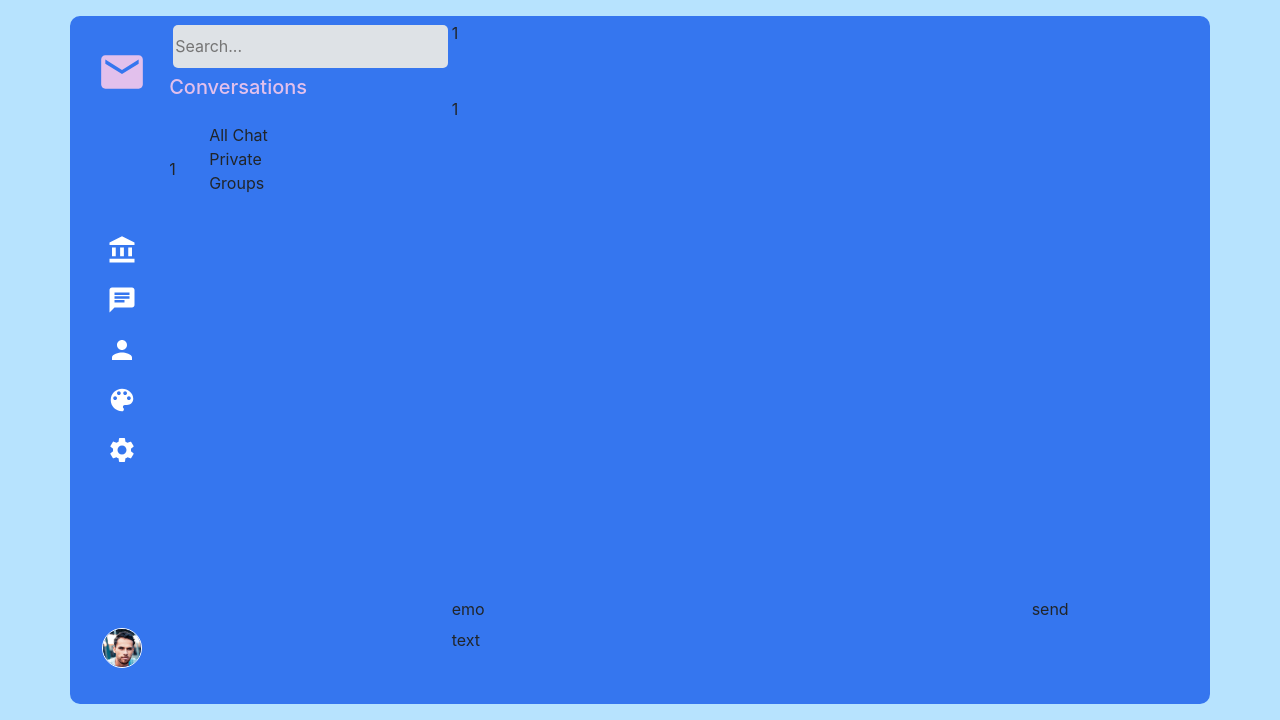
Repository: arafat877/super-chat
Page: /
The author's editor kept a copy of each file at every save. The page is drawn from the files as they stood at one save, then again after the next save.
The browser window is 1280 px wide. The pictures show the whole page.
The project was rebuilt for these pictures with package versions that can differ from the ones it lists, and the page was loaded fresh each time.

Above is the page before, as saved 2020-08-06 22:53:20.

### public/index.html
<!DOCTYPE html>
<html lang="en">
  <head>
    <meta charset="utf-8" />
    <meta name="viewport" content="width=device-width, initial-scale=1" />
    <meta name="theme-color" content="#000000" />
    <meta
      name="description"
      content="Chat application with node.js, express, react.js, mongoDb and socket.io"
    />
    <link rel="stylesheet" href="styles.css" />
    <link
      rel="stylesheet"
      href="https://maxcdn.bootstrapcdn.com/bootstrap/4.5.0/css/bootstrap.min.css"
      integrity="sha384-9aIt2nRpC12Uk9gS9baDl411NQApFmC26EwAOH8WgZl5MYYxFfc+NcPb1dKGj7Sk"
      crossorigin="anonymous"
    />
    <link
      href="https://fonts.googleapis.com/css2?family=Roboto:wght@100;300;400;500;700;900&display=swap"
      rel="stylesheet"
    />

    <title>Super Chat</title>
  </head>
  <body>
    <noscript>You need to enable JavaScript to run this app.</noscript>
    <div id="root"></div>
  </body>
</html>

### src/App.js
import React from "react";
import "./App.scss";
import {
  Email,
  Chat,
  Person,
  Settings,
  Palette,
  AccountBalance,
} from "@material-ui/icons";

function App() {
  return (
    <div className="appContainer vh-100 d-flex">
      <div className="container mt-3 mb-3 appWrapper">
        <div className="row h-100">
          <div className="col-md-1 container h-100 firstCol">
            <div className="row logoRow justify-content-center">
              <Email className="m-auto logo" />
            </div>
            <div className="row menuRow">
              <ul className="menuList m-auto p-0">
                <li className="menuItem">
                  <AccountBalance className="menuItemIcon" />
                </li>
                <li className="menuItem">
                  <Chat className="menuItemIcon"/>
                </li>
                <li className="menuItem">
                  <Person className="menuItemIcon"/>
                </li>
                <li className="menuItem">
                  <Palette className="menuItemIcon"/>
                </li>
                <li className="menuItem">
                  <Settings className="menuItemIcon"/>
                </li>
              </ul>
            </div>
            <div className="row photoRow justify-content-center">
              <img className="m-auto profilePhoto" src={require("./assets/m1.jpeg")} alt="profile"/>
            </div>
          </div>
          <div className="col-md-3 container h-100 secondCol">
            <div className="row searchRow">
              <input className="searchInput" placeholder="Search..."/>
            </div>
            <div className="row convRow">
              <span className="convSpan">Conversations</span>
            </div>
            <div className="row selectRow">
              <ul className="selectionList d-inline">
                <li className="selectionListItem">All Chat</li>
                <li className="selectionListItem">Private</li>
                <li className="selectionListItem">Groups</li>
              </ul>
            </div>
            <div className="row groupsRow">1</div>
          </div>
          <div className="col-md-8 container h-100 thirdCol">
            <div className="row chatInfo">1</div>
            <div className="row chatMessages">1</div>
            <div className="row chatInput">
              <div className="col-md-9 container">
                <div className="row inputEmoji">emo</div>
                <div className="row inputText">text</div>
              </div>
              <div className="col-md-3">send</div>
            </div>
          </div>
        </div>
      </div>
    </div>
  );
}

export default App;

### src/App.scss
.appContainer {
  background-color: #b7e3fe;

  .appWrapper {
    background-color: #3576ef;
    border-radius: 10px;
    border:solid thick #3576ef;

    .firstCol {
      .logoRow {
        height: 15%;

        .logo {
          font-size: 50px;
          color: rgb(226, 192, 236);
        }
      }
      .menuRow {
        height: 70%;

        .menuList {
          list-style: none;

          .menuItem {
            margin-bottom: 20px;

            .menuItemIcon {
              font-size: 30px;
              color: white;
            }
          }
        }
      }
      .photoRow {
        height: 15%;

        .profilePhoto {
          height: 40px;
          width: 40px;
          border: solid thin white;
          border-radius: 50%;
          object-fit: cover;
        }
      }
    }

    .secondCol {
      .searchRow {
        height: 7.5%;

        .searchInput {
          width: 100%;
          border: none;
          background-color: #dee2e6;
          border-radius: 5px;
          margin: 4px;

          &:focus {
            outline: none;
          }
        }
      }
      .convRow {
        height: 7.5%;

        .convSpan{
            font-weight: 500;
            font-size: 20px;
            color:rgb(226, 192, 236);
        }
      }
      .selectRow {
        height: 5%;

        .selectionList{
            list-style: none;
        }
      }
      .groupsRow {
        height: 80%;
      }
    }

    .thirdCol {
      .chatInfo {
        height: 11.25%;
      }
      .chatMessages {
        height: 73.75%;
      }
      .chatInput {
        height: 15%;

        .inputEmoji {
          height: 30%;
        }
        .inputText {
          height: 70%;
        }
      }
    }
  }
}

Loaded but not shown: src/index.js (common file); public/styles.css (common file)

After the next save:
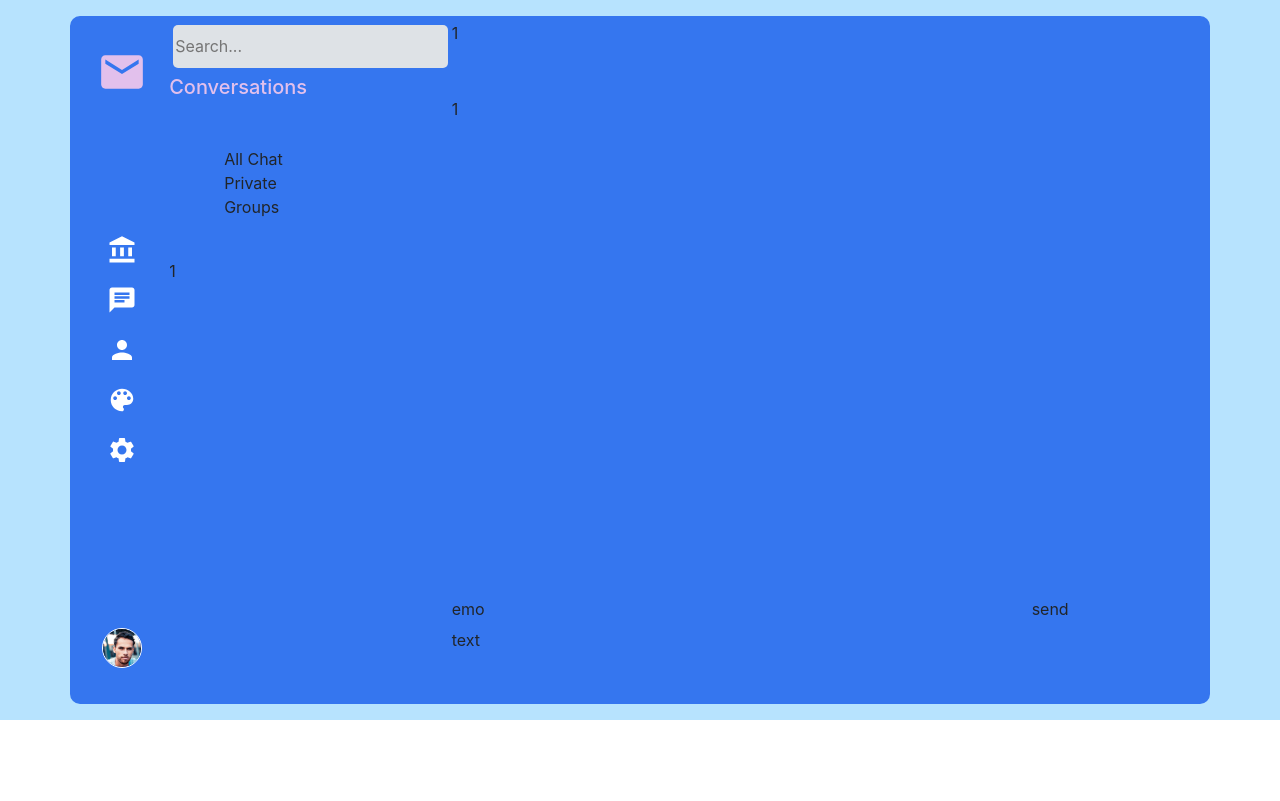
Saved 13 s later.
--- a/src/App.js
+++ b/src/App.js
@@ -48,8 +48,8 @@ function App() {
             <div className="row convRow">
               <span className="convSpan">Conversations</span>
             </div>
-            <div className="row selectRow">
-              <ul className="selectionList d-inline">
+            <div className="row selectRow d-inline">
+              <ul className="selectionList ">
                 <li className="selectionListItem">All Chat</li>
                 <li className="selectionListItem">Private</li>
                 <li className="selectionListItem">Groups</li>

After the save that followed:
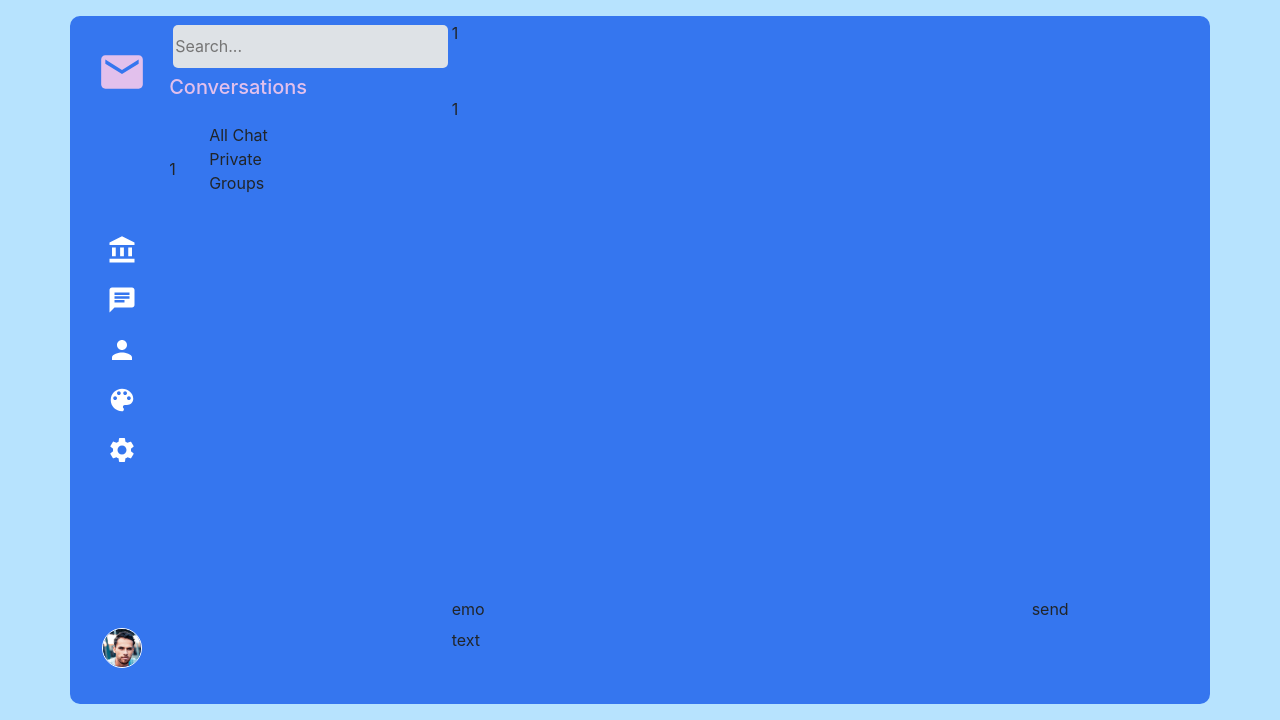
Saved 7 s later.
--- a/src/App.js
+++ b/src/App.js
@@ -48,8 +48,8 @@ function App() {
             <div className="row convRow">
               <span className="convSpan">Conversations</span>
             </div>
-            <div className="row selectRow d-inline">
-              <ul className="selectionList ">
+            <div className="row selectRow">
+              <ul className="selectionList">
                 <li className="selectionListItem">All Chat</li>
                 <li className="selectionListItem">Private</li>
                 <li className="selectionListItem">Groups</li>
